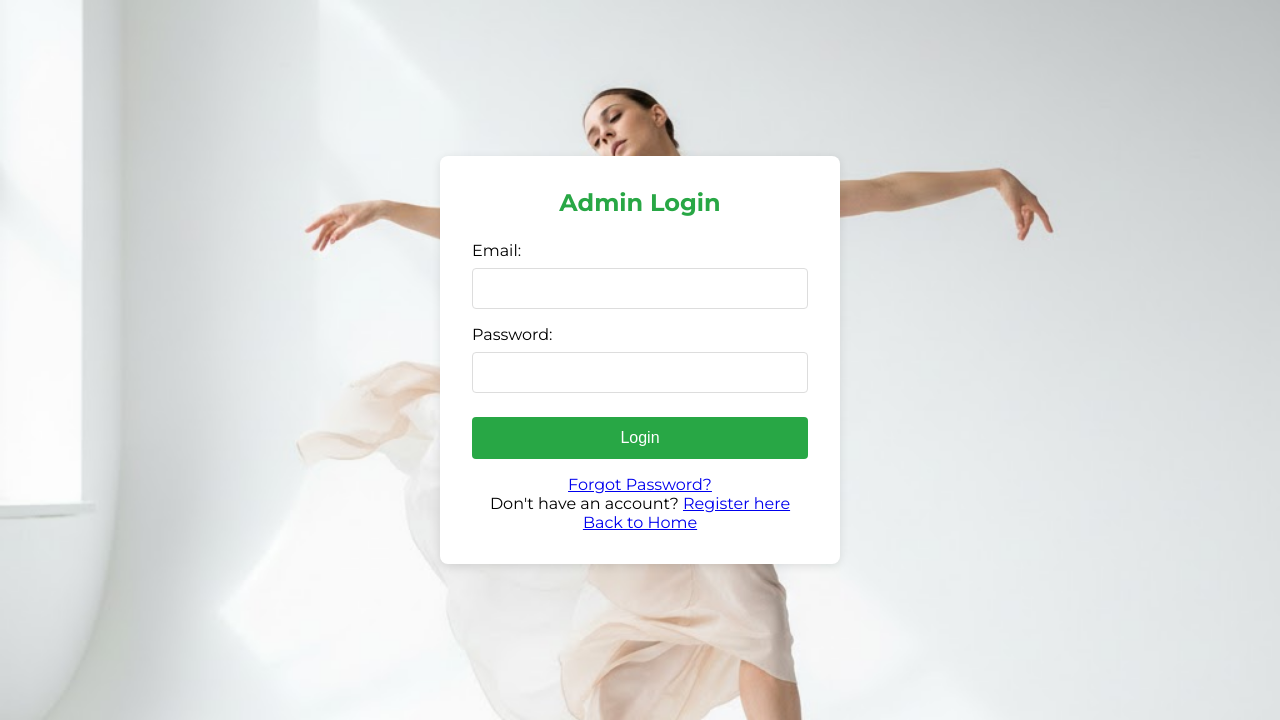
Repository: Priyadharshini-J-CSE/StepSync_Dance_Mangement_System
Page: /admin-login (app in frontend/)
These files come from the project's save history. The page is drawn as it stood at one moment and after the next save; the edit follows.
The browser window is 1280 px wide. The pictures show the whole page.
Some web fonts or font styles are not loaded; a fallback is used. Some web libraries are served in a nearby version. The project was rebuilt for these pictures with package versions that can differ from the ones it lists, and the page was loaded fresh each time. Also part of the build but not shown: frontend/src/index.css, frontend/src/pages/LandingPage.js, frontend/src/components/Alert.js, frontend/src/pages/UserLogin.js, frontend/src/utils/passwordValidation.js, frontend/src/pages/UserRegister.js, frontend/src/pages/AdminRegister.js, frontend/src/pages/ForgotPassword.js and 18 more.

Above is the page before, as saved 2025-12-18 09:59:12.

### frontend/public/index.html
<!DOCTYPE html>
<html lang="en">
  <head>
    <meta charset="utf-8" />
    <meta name="viewport" content="width=device-width, initial-scale=1" />
    <title>Zumba Class Management</title>
    <link rel="preconnect" href="https://fonts.googleapis.com">
    <link rel="preconnect" href="https://fonts.gstatic.com" crossorigin>
    <link href="https://fonts.googleapis.com/css2?family=Alumni+Sans+Pinstripe:ital@0;1&family=Anta&family=Josefin+Sans:ital,wght@0,100..700;1,100..700&family=Metamorphous&family=Montserrat:ital,wght@0,100..900;1,100..900&family=Pangolin&family=Roboto:ital,wght@0,100..900;1,100..900&family=Rubik:ital,wght@0,300..900;1,300..900&display=swap" rel="stylesheet">
    <link rel="stylesheet" href="https://cdnjs.cloudflare.com/ajax/libs/font-awesome/6.5.1/css/all.min.css" crossorigin="anonymous">
    <script src="https://kit.fontawesome.com/a076d05399.js" crossorigin="anonymous"></script>
    <style>
      * { margin: 0; padding: 0; box-sizing: border-box; }
      body { font-family: 'Montserrat', sans-serif; }
    </style>
  </head>
  <body>
    <div id="root"></div>
  </body>
</html>

### frontend/src/App.js
import React from 'react';
import { BrowserRouter as Router, Routes, Route, Navigate } from 'react-router-dom';
import { AuthProvider, useAuth } from './context/AuthContext';
import LandingPage from './pages/LandingPage';
import UserLogin from './pages/UserLogin';
import AdminLogin from './pages/AdminLogin';
import UserRegister from './pages/UserRegister';
import AdminRegister from './pages/AdminRegister';
import ForgotPassword from './pages/ForgotPassword';
import AdminDashboard from './pages/admin/AdminDashboard';
import UserDashboard from './pages/user/UserDashboard';

const ProtectedRoute = ({ children, requiredRole }) => {
  const { user, loading } = useAuth();

  if (loading) return <div>Loading...</div>;
  if (!user) return <Navigate to="/" />;
  if (requiredRole && user.role !== requiredRole) return <Navigate to="/" />;

  return children;
};

function App() {
  return (
    <AuthProvider>
      <Router>
        <div style={{ minHeight: '100vh', backgroundColor: '#fff6e9' }}>
          <Routes>
            <Route path="/" element={<LandingPage />} />
            <Route path="/user-login" element={<UserLogin />} />
            <Route path="/admin-login" element={<AdminLogin />} />
            <Route path="/user-register" element={<UserRegister />} />
            <Route path="/admin-register" element={<AdminRegister />} />
            <Route path="/forgot-password" element={<ForgotPassword />} />
            <Route
              path="/admin/*"
              element={
                <ProtectedRoute requiredRole="admin">
                  <AdminDashboard />
                </ProtectedRoute>
              }
            />
            <Route
              path="/user/*"
              element={
                <ProtectedRoute requiredRole="user">
                  <UserDashboard />
                </ProtectedRoute>
              }
            />
          </Routes>
        </div>
      </Router>
    </AuthProvider>
  );
}

export default App;

### frontend/src/context/AuthContext.js
import React, { createContext, useContext, useState, useEffect } from 'react';
import axios from 'axios';

const AuthContext = createContext();

export const useAuth = () => useContext(AuthContext);

export const AuthProvider = ({ children }) => {
  const [user, setUser] = useState(null);
  const [loading, setLoading] = useState(true);

  useEffect(() => {
    const token = localStorage.getItem('token');
    if (token) {
      axios.defaults.headers.common['Authorization'] = `Bearer ${token}`;
      fetchUser();
    } else {
      setLoading(false);
    }
  }, []);

  const fetchUser = async () => {
    try {
      const response = await axios.get('/api/auth/me');
      setUser(response.data);
    } catch (error) {
      localStorage.removeItem('token');
      delete axios.defaults.headers.common['Authorization'];
    }
    setLoading(false);
  };

  const login = async (email, password) => {
    const response = await axios.post('/api/auth/login', { email, password });
    const { token, user } = response.data;

    localStorage.setItem('token', token);
    axios.defaults.headers.common['Authorization'] = `Bearer ${token}`;
    setUser(user);

    return user;
  };

  const register = async (userData) => {
    const response = await axios.post('/api/auth/register', userData);
    const { token, user } = response.data;

    localStorage.setItem('token', token);
    axios.defaults.headers.common['Authorization'] = `Bearer ${token}`;
    setUser(user);

    return user;
  };

  const logout = () => {
    localStorage.removeItem('token');
    delete axios.defaults.headers.common['Authorization'];
    setUser(null);
  };

  const value = {
    user,
    login,
    register,
    logout,
    loading
  };

  return (
    <AuthContext.Provider value={value}>
      {children}
    </AuthContext.Provider>
  );
};

### frontend/src/pages/AdminLogin.js
import React, { useState } from 'react';
import { useNavigate, Link } from 'react-router-dom';
import { useAuth } from '../context/AuthContext';
import Alert from '../components/Alert';

const AdminLogin = () => {
  const [formData, setFormData] = useState({ email: '', password: '' });
  const [loading, setLoading] = useState(false);
  const [alert, setAlert] = useState(null);
  const { login } = useAuth();
  const navigate = useNavigate();

  const handleSubmit = async (e) => {
    e.preventDefault();
    setLoading(true);

    try {
      const user = await login(formData.email, formData.password);
      if (user.role !== 'admin') {
        setAlert({ message: 'Please use student login portal', type: 'error' });
        setLoading(false);
        return;
      }
      navigate('/admin');
    } catch (error) {
      setAlert({ message: error.response?.data?.message || 'Login failed', type: 'error' });
    }
    setLoading(false);
  };

  return (
    <div style={{
      display: 'flex',
      justifyContent: 'center',
      alignItems: 'center',
      minHeight: '100vh',
      backgroundImage: 'url(/image7.png)',
      backgroundSize: 'cover',
      backgroundPosition: 'center',
      backgroundAttachment: 'fixed'
    }}>
      <form onSubmit={handleSubmit} style={{
        backgroundColor: 'white',
        padding: '2rem',
        borderRadius: '8px',
        boxShadow: '0 2px 10px rgba(0,0,0,0.1)',
        width: '400px'
      }}>
        <h2 style={{ textAlign: 'center', marginBottom: '1.5rem', color: '#28a745' }}>
          Admin Login
        </h2>

        {alert && <Alert message={alert.message} type={alert.type} onClose={() => setAlert(null)} />}

        <div style={{ marginBottom: '1rem' }}>
          <label style={{ display: 'block', marginBottom: '0.5rem' }}>Email:</label>
          <input
            type="email"
            value={formData.email}
            onChange={(e) => setFormData({...formData, email: e.target.value})}
            required
            style={{
              width: '100%',
              padding: '0.75rem',
              border: '1px solid #ddd',
              borderRadius: '4px'
            }}
          />
        </div>

        <div style={{ marginBottom: '1.5rem' }}>
          <label style={{ display: 'block', marginBottom: '0.5rem' }}>Password:</label>
          <input
            type="password"
            value={formData.password}
            onChange={(e) => setFormData({...formData, password: e.target.value})}
            required
            style={{
              width: '100%',
              padding: '0.75rem',
              border: '1px solid #ddd',
              borderRadius: '4px'
            }}
          />
        </div>

        <button
          type="submit"
          disabled={loading}
          style={{
            width: '100%',
            padding: '0.75rem',
            backgroundColor: '#28a745',
            color: 'white',
            border: 'none',
            borderRadius: '4px',
            cursor: 'pointer',
            fontSize: '16px'
          }}
        >
          {loading ? 'Logging in...' : 'Login'}
        </button>

        <div style={{ textAlign: 'center', marginTop: '1rem' }}>
          <p><Link to="/forgot-password">Forgot Password?</Link></p>
          <p>Don't have an account? <Link to="/admin-register">Register here</Link></p>
          <p><Link to="/">Back to Home</Link></p>
        </div>
      </form>
    </div>
  );
};

export default AdminLogin;

Loaded but not shown: frontend/src/index.js (common file)

After the next save:
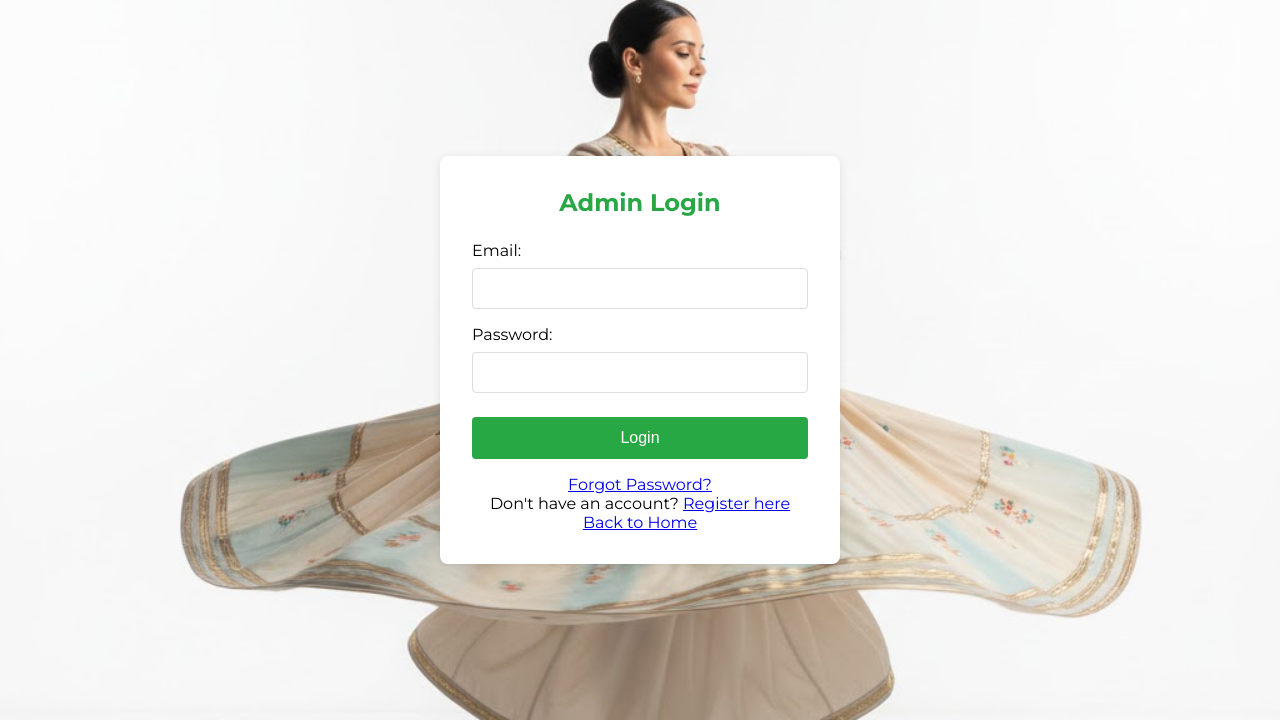
Saved 2 min 19 s later.
--- a/frontend/src/pages/AdminLogin.js
+++ b/frontend/src/pages/AdminLogin.js
@@ -34,7 +34,7 @@ const AdminLogin = () => {
       justifyContent: 'center',
       alignItems: 'center',
       minHeight: '100vh',
-      backgroundImage: 'url(/image7.png)',
+      backgroundImage: 'url(/image4.png)',
       backgroundSize: 'cover',
       backgroundPosition: 'center',
       backgroundAttachment: 'fixed'
